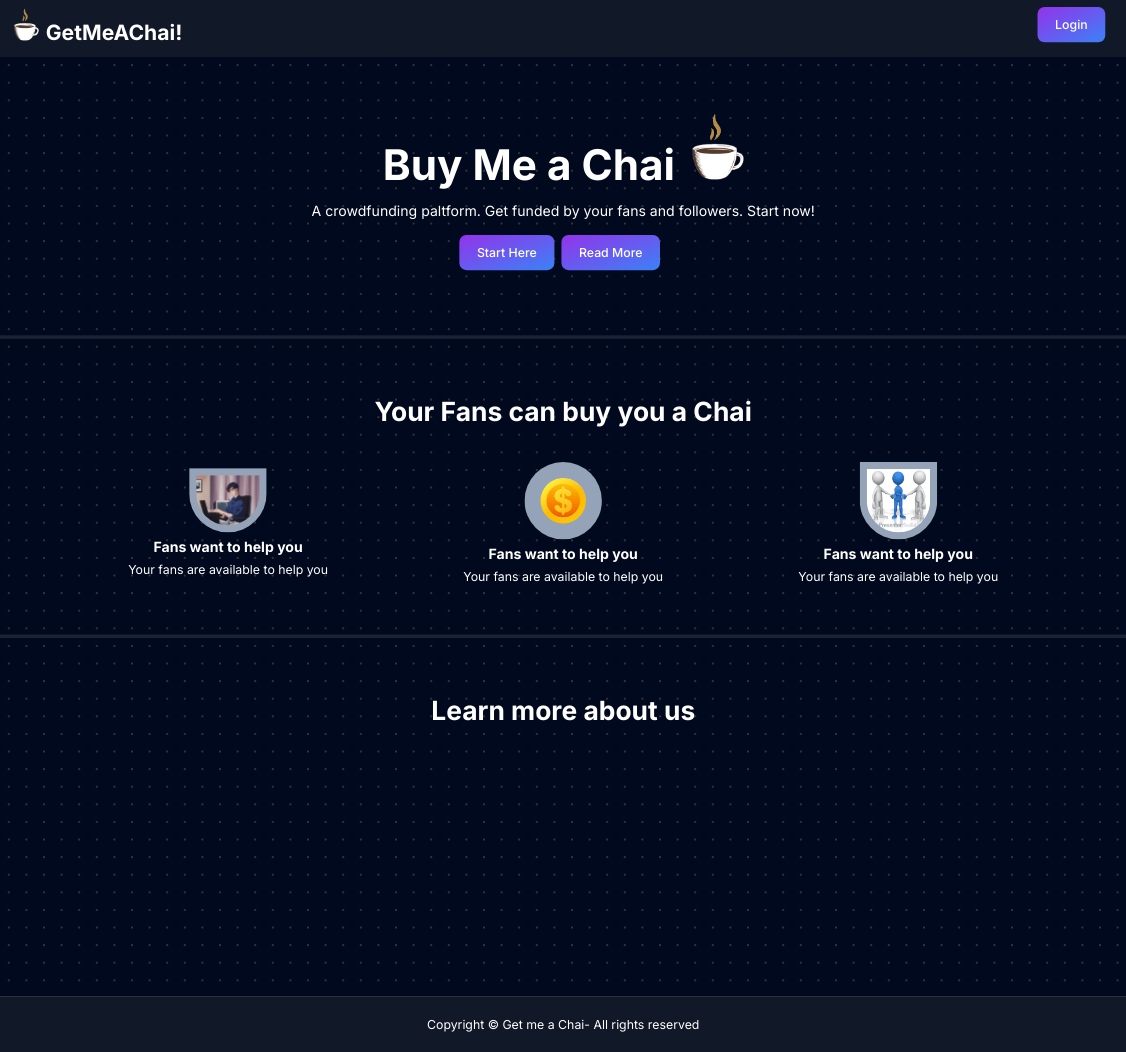
Repository: Jatinbaroliya/TrustPayHub
Page: /
The author's editor kept a copy of each file at every save. The page is drawn from the files as they stood at one save, then again after the next save.
The browser window is 1280 px wide. The pictures show the whole page, at 88% of full size.
Pictures or frames that could not be fetched are drawn as grey boxes. The project was rebuilt for these pictures with package versions that can differ from the ones it lists, and the page was loaded fresh each time. The framework's server and built-in components were replaced by stand-ins that run in the browser. Also part of the build but not shown: next.config.mjs.

Above is the page before, as saved 2024-08-30 11:59:23.

After the next save:
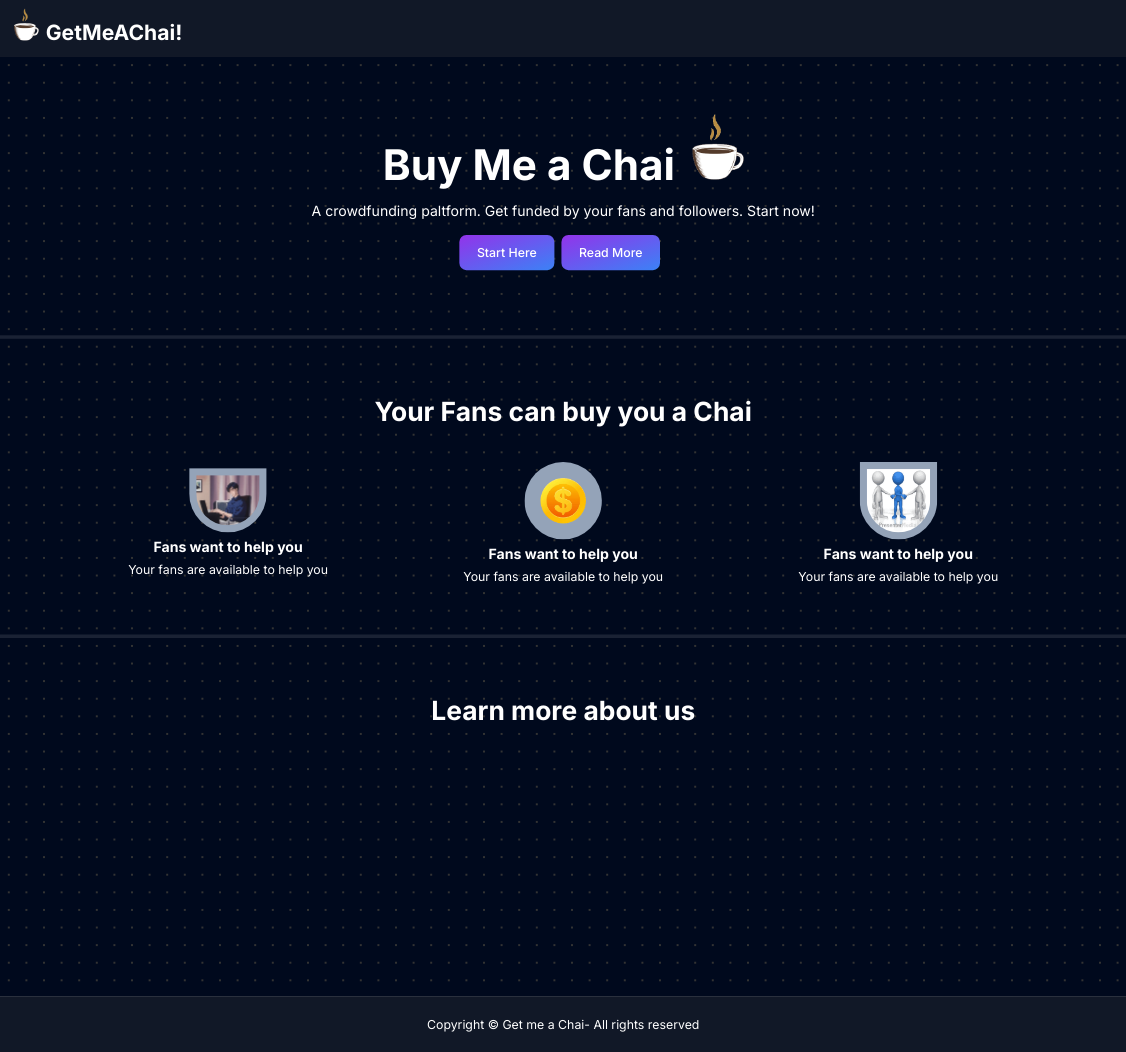
Saved 51 s later.
--- a/components/Navbar.js
+++ b/components/Navbar.js
@@ -16,11 +16,7 @@
         <li>Login</li>
        </ul> */}
 
-       <Link href={'/login'}>
-         <button className='text-white bg-gradient-to-br from-purple-600 to-blue-500 hover:bg-gradient-to-bl focus:ring-4 focus:outline-none focus:ring-blue-300 dark:focus:ring-blue-800 font-medium rounded-lg text-sm px-5 py-2.5 text-center me-2 mb-2'>
-            Login
-         </button>
-       </Link>
+
     </nav>
   )
 }

After the 3 saves that followed:
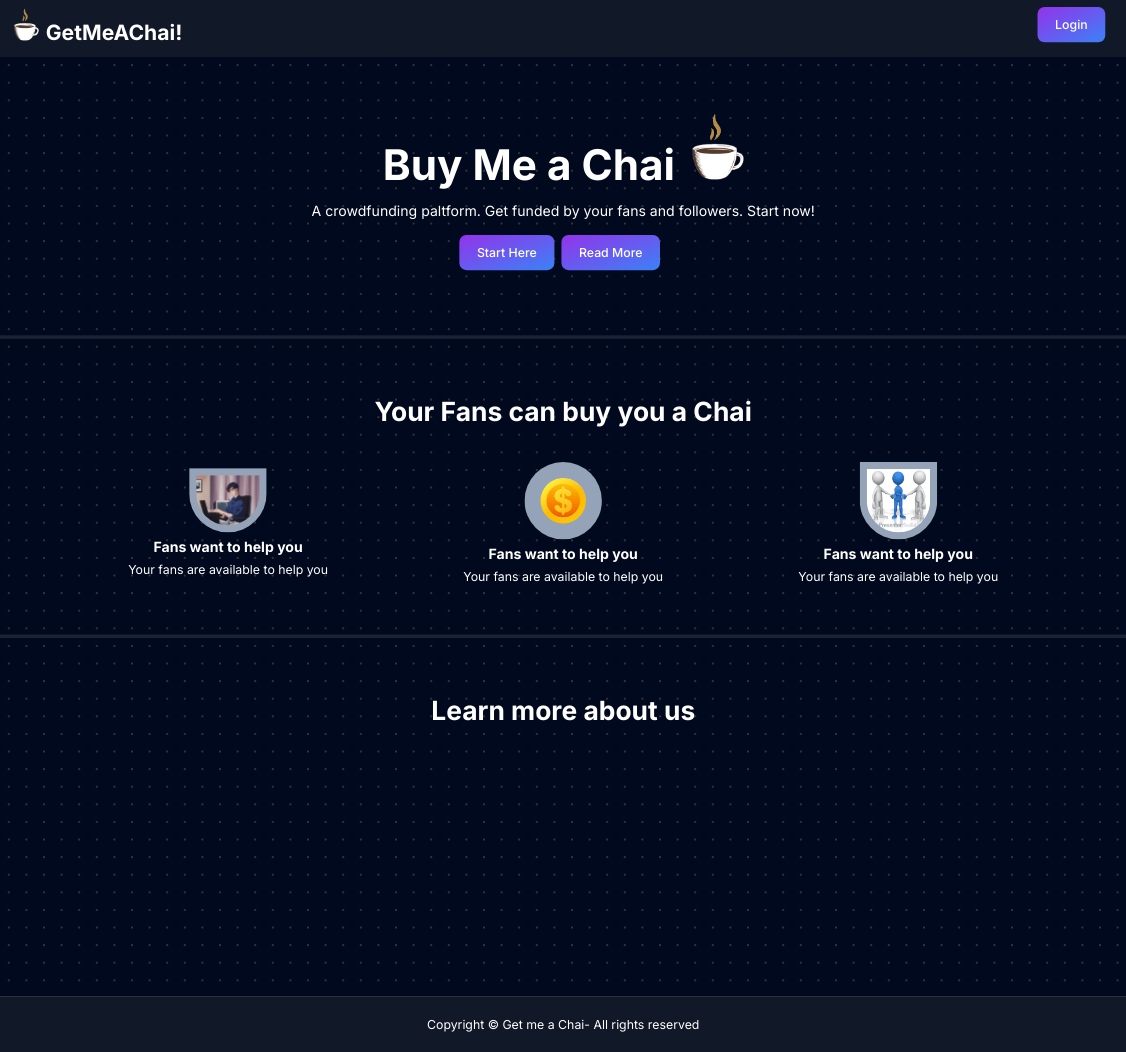
The 3 saves are shown as one change because they came seconds apart.
The last was saved 7 s later.
--- a/components/Navbar.js
+++ b/components/Navbar.js
@@ -16,7 +16,13 @@
         <li>Login</li>
        </ul> */}
 
-
+       <div>
+         <Link href={'/login'}>
+         <button className='text-white bg-gradient-to-br from-purple-600 to-blue-500 hover:bg-gradient-to-bl focus:ring-4 focus:outline-none focus:ring-blue-300 dark:focus:ring-blue-800 font-medium rounded-lg text-sm px-5 py-2.5 text-center me-2 mb-2'>
+            Login
+         </button>
+         </Link>
+       </div>
     </nav>
   )
 }
